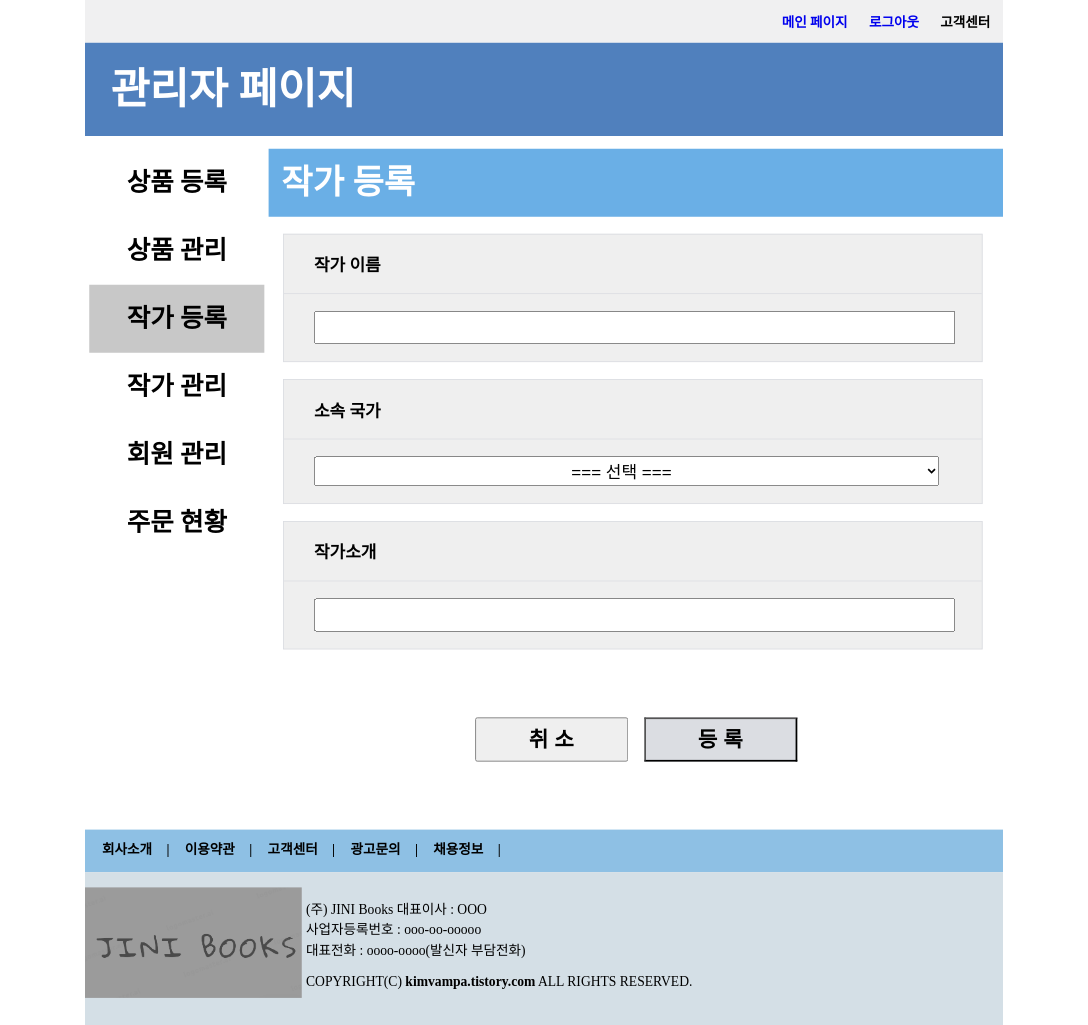
Repository: leechanjin7/ShoppingMall
Page: http://localhost/ShoppingMall/WEB-INF/views/admin/authorEnroll.jsp
These files come from the project's save history. The page is drawn as it stood at one moment and after the next save; the edit follows.
The browser window is 1280 px wide. The pictures show the whole page, at 85% of full size.
The page is served by Tomcat 9. Nobody is signed in. Other server files are loaded and not shown. The template is opened directly, without the code that normally fills it, so the values that code supplies are empty.

Above is the page before, as saved 2023-09-08 01:19:13.

### workspace/ShoppingMall/src/main/webapp/WEB-INF/views/admin/authorEnroll.jsp
<%@ page language="java" contentType="text/html; charset=UTF-8"
    pageEncoding="UTF-8"%>
<!DOCTYPE html>
<html>
<head>
<meta charset="UTF-8">
<title>Insert title here</title>
<link rel="stylesheet" href="../resources/css/admin/authorEnroll.css">

<script
  src="https://code.jquery.com/jquery-3.4.1.js"
  integrity="sha256-WpOohJOqMqqyKL9FccASB9O0KwACQJpFTUBLTYOVvVU="
  crossorigin="anonymous"></script>
</head>
</head>
<body>

				<%@include file="../includes/admin/header.jsp" %>

                <div class="admin_content_wrap">
                    <div class="admin_content_subject"><span>작가 등록</span>
                </div>
                    <div class="admin_content_main">
                    	<form action="/admin/authorEnroll.do" method="post" id="enrollForm">
                    		<div class="form_section">
                    			<div class="form_section_title">
                    				<label>작가 이름</label>
                    			</div>
                    			<div class="form_section_content">
                    				<input name="authorName">
                    				<span id="warn_authorName">작가 이름을 입력 해주세요.</span>
                    			</div>
                    		</div>
                    		<div class="form_section">
                    			<div class="form_section_title">
                    				<label>소속 국가</label>
                    			</div>
                    			<div class="form_section_content">
                    				<select name="nationId">
                    					<option value="none" selected>=== 선택 ===</option>
                    					<option value="01">국내</option>
                    					<option value="02">국외</option>
                    				</select>
                    				<span id="warn_nationId">소속 국가를 선택해주세요.</span>
                    			</div>
                    		</div>
                    		<div class="form_section">
                    			<div class="form_section_title">
                    				<label>작가소개</label>
                    			</div>
                    			<div class="form_section_content">
                    				<input name="authorIntro" type="text">
                    				<span id="warn_authorIntro">작가 소개를 입력 해주세요.</span>
                    			</div>
                    		</div>
                   		</form>
                   			<div class="btn_section">
                   				<button id="cancelBtn" class="btn">취 소</button>
	                    		<button id="enrollBtn" class="btn enroll_btn">등 록</button>
	                    	</div>
                    </div>
                </div>

                <%@include file="../includes/admin/footer.jsp" %>

<script>

	//등록 버튼
	$("#enrollBtn").click(function(){
		//검사 통과 유무 변수
		let nameCheck = false;			//작가이름
		let nationCheck = false;		//소속국가
		let introCheck = false;			//작가소개

		//입력값 변수
		let authorName = $('input[name=authorName]').val();
		let nationId = $('select[name=nationId]').val();
		let authorIntro = $('input[name=authorIntro]').val();

		//공란 경고 span 태그
		let wAuthorName = $('#warn_authorName');
		let wNationId = $('#warn_nationId');
		let wAuthorIntro = $('#warn_authorIntro');

	    /* 작가 이름 공란 체크 */
	    if(authorName ===''){
	        wAuthorName.css('display', 'block');
	        nameCheck = false;
	    } else{
	        wAuthorName.css('display', 'none');
	        nameCheck = true;
	    }

	    /* 소속 국가 공란 체크 */
	    if(nationId ==='none'){
	        wNationId.css('display', 'block');
	        nationCheck = false;
	    } else{
	        wNationId.css('display', 'none');
	        nationCheck = true;
	    }

	    /* 작가 소개 공란 체크 */
	    if(authorIntro ===''){
	        wAuthorIntro.css('display', 'block');
	        introCheck = false;
	    } else{
	        wAuthorIntro.css('display', 'none');
	        introCheck = true;
	    }

		//최종검사
		if(nameCheck && nationCheck && introCheck){
			$("#enrollForm").submit();
		}else{
			return;
		}


	});

	//취소 버튼
	$("#cancelBtn").click(function(){
		location.href = "/admin/authorManage"
	});




</script>

</body>
</html>

### workspace/ShoppingMall/src/main/webapp/WEB-INF/views/includes/admin/header.jsp
<%@ page language="java" contentType="text/html; charset=UTF-8"
    pageEncoding="UTF-8"%>


    <div class="wrapper">
        <div class="wrap">
            <!-- gnv_area -->
            <div class="top_gnb_area">
                <ul class="list">
                    <li><a href="/main">메인 페이지</a></li>
                    <li><a href="/member/logout.do">로그아웃</a></li>
                    <li>고객센터</li>
                </ul>
            </div>
            <!-- top_subject_area -->
            <div class="admin_top_wrap">
                <span>관리자 페이지</span>

            </div>
            <!-- contents-area -->
            <div class="admin_wrap">
                <!-- 네비영역 -->
                <div class="admin_navi_wrap">
                  <ul>
                      <li >
                          <a class="admin_list_01" href="/admin/goodsEnroll">상품 등록</a>
                      </li>
                      <li>
                          <a class="admin_list_02" href="/admin/goodsManage">상품 관리</a>
                      </li>
                      <li>
                          <a class="admin_list_03" href="/admin/authorEnroll">작가 등록</a>
                      </li>
                      <li>
                          <a class="admin_list_04" href="/admin/authorManage">작가 관리</a>
                      </li>
                      <li>
                          <a class="admin_list_05">회원 관리</a>
                      </li>
                      <li>
	                      <a class="admin_list_06" href="/admin/orderList">주문 현황</a>
	                  </li>
                  </ul>
                </div>

### workspace/ShoppingMall/src/main/webapp/WEB-INF/views/includes/admin/footer.jsp
<%@ page language="java" contentType="text/html; charset=UTF-8"
    pageEncoding="UTF-8"%>

     <div class="clearfix"></div>
            </div>


        <!-- Footer 영역 -->
        <div class="footer_nav">
            <div class="footer_nav_container">
                <ul>
                    <li>회사소개</li>
                    <span class="line">|</span>
                    <li>이용약관</li>
                    <span class="line">|</span>
                    <li>고객센터</li>
                    <span class="line">|</span>
                    <li>광고문의</li>
                    <span class="line">|</span>
                    <li>채용정보</li>
                    <span class="line">|</span>
                </ul>
            </div>
        </div> <!-- class="footer_nav" -->

        <div class="footer">
            <div class="footer_container">

                <div class="footer_left">
                    <img src="resources/img/Logo.png">
                </div>
                <div class="footer_right">
                    (주) JINI Books    대표이사 : OOO
                    <br>
                    사업자등록번호 : ooo-oo-ooooo
                    <br>
                    대표전화 : oooo-oooo(발신자 부담전화)
                    <br>
                    <br>
                    COPYRIGHT(C) <strong>kimvampa.tistory.com</strong>    ALL RIGHTS RESERVED.
                </div>
                <div class="clearfix"></div>
            </div>
        </div> <!-- class="footer" -->

        </div>
    </div>

### workspace/ShoppingMall/src/main/webapp/resources/css/admin/authorEnroll.css
@charset "UTF-8";
*{
    margin: 0;
    padding:0;
}
a{
    text-decoration: none;
}
ul{
    list-style: none;
}
/* 화면 전체 렙 */
.wrapper{
    width: 100%;
}
/* content 랩 */
.wrap{
    width : 1080px;
    margin: auto;
}
/* 홈페이지 기능 네비 */
.top_gnb_area{
    width: 100%;
    height: 50px;
    background-color: #f0f0f1;
    position:relative;
}
.top_gnb_area .list{
    position: absolute;
    top: 0px;
    right: 0;

}
.top_gnb_area .list li{
    list-style: none;
    float : left;
    padding: 13px 15px 0 10px;
    font-weight: 900;
    cursor: pointer;
}

/* 관리제 페이지 상단 현페이지 정보 */
.admin_top_wrap{
    height:110px;
    line-height: 110px;
    background-color: #5080bd;
    margin-bottom:15px;
}
.admin_top_wrap>span{
    margin-left: 30px;
    display:inline-block;
    color: white;
    font-size: 50px;
    font-weight: bolder;
}
/* 관리자 wrap(네비+컨텐츠) */
.admin_wrap{


}

/* 관리자페이지 네비 영역 */
.admin_navi_wrap{
    width: 20%;
    height: 300px;
    float:left;
    height: 100%;
}
.admin_navi_wrap li{
    display: block;
    height: 80px;
    line-height: 80px;
    text-align: center;
}
.admin_navi_wrap li a{
    display: block;
    height: 100%;
    width: 95%;
    margin: 0 auto;
    cursor: pointer;
    font-size: 30px;
    font-weight: bolder;
}
.admin_navi_wrap li a:link {color: black;}
.admin_navi_wrap li a:visited {color: black;}
.admin_navi_wrap li a:active {color: black;}
.admin_navi_wrap li a:hover {color: black;}

.admin_list_03{
    background-color: #c8c8c8;
}


/* 관리자페이지 컨텐츠 영역 */
.admin_content_wrap{
    width: 80%;
    float:left;
    height: 100%;

}
.admin_content_subject{            /* 관리자 컨텐츠 제목 영역 */
    font-size: 40px;
    font-weight: bolder;
    padding-left: 15px;
    background-color: #6AAFE6;
    height: 80px;
    line-height: 80px;
    color: white;
}

/* 관리자 컨텐츠 메인 영역 */
.form_section{
    width: 95%;
    margin-left: 2%;
    margin-top: 20px;
    border: 1px solid #dbdde2;
    background-color: #efefef;
}
.form_section_title{
    padding: 20px 35px;
}
.form_section_title label{
    display: block;
    font-size: 20px;
    font-weight: 800;
}
.form_section_content{
    padding: 20px 35px;
    border-top: 1px solid #dbdde2;
}
.form_section_content input{
    width: 98%;
    height: 25px;
    font-size: 20px;
    padding: 5px 1%;
}
.form_section_content select{
    width: 98%;
    height: 35px;
    font-size: 20px;
    text-align-last: center;
}

/* 입력란 공란 경고 태그 */
.form_section_content span{
    display: none;
    padding-top: 10px;
    text-align: center;
    color: #e05757;
    font-weight: 300;
}



/* 버튼 영역 */
.btn_section{
    text-align: center;
    margin: 80px 0;
}
.btn{
    min-width: 180px;
    padding: 4px 30px;
    font-size: 25px;
    font-weight: 600;
    line-height: 40px;
}
.enroll_btn{
    background-color: #dbdde2;
    margin-left:15px;
}


/* footer navai 영역 */
.footer_nav{
    width:100%;
    height:50px;
}
.footer_nav_container{
    width: 100%;
    height: 100%;
    background-color:#8EC0E4;
}
.footer_nav_container>ul{
    font-weight : bold;
    float:left;
    list-style:none;
    position:relative;
    padding-top:10px;
    line-height: 27px;
    font-family: dotum;
    margin-left: 10px;
}
.footer_nav_container>ul>li{
    display:inline;
    width: 45px;
    height: 19px;
    padding: 10px 9px 0 10px;
}
.footer_nav_container>ul>span{
    margin: 0 4px;
}
/* footer 영역 */
.footer{
    width:100%;
    height:130px;
    background-color:#D4DFE6;
    padding-bottom : 50px;
}
.footer_container{
    width: 100%;
    height: 100%;
    margin: auto;
}
.footer_left>img {
    width: 150%;
    height: 130px;
    margin-left: -20px;
    margin-top: -12px;
}
.footer_left{
    float :left;
    width: 170px;
    margin-left: 20px;
    margin-top : 30px;

}
.footer_right{
    float :left;
    width: 680px;
    margin-left: 70px;
    margin-top : 30px;
}




/* float 속성 해제 */
.clearfix{
    clear: both;
}

After the next save:
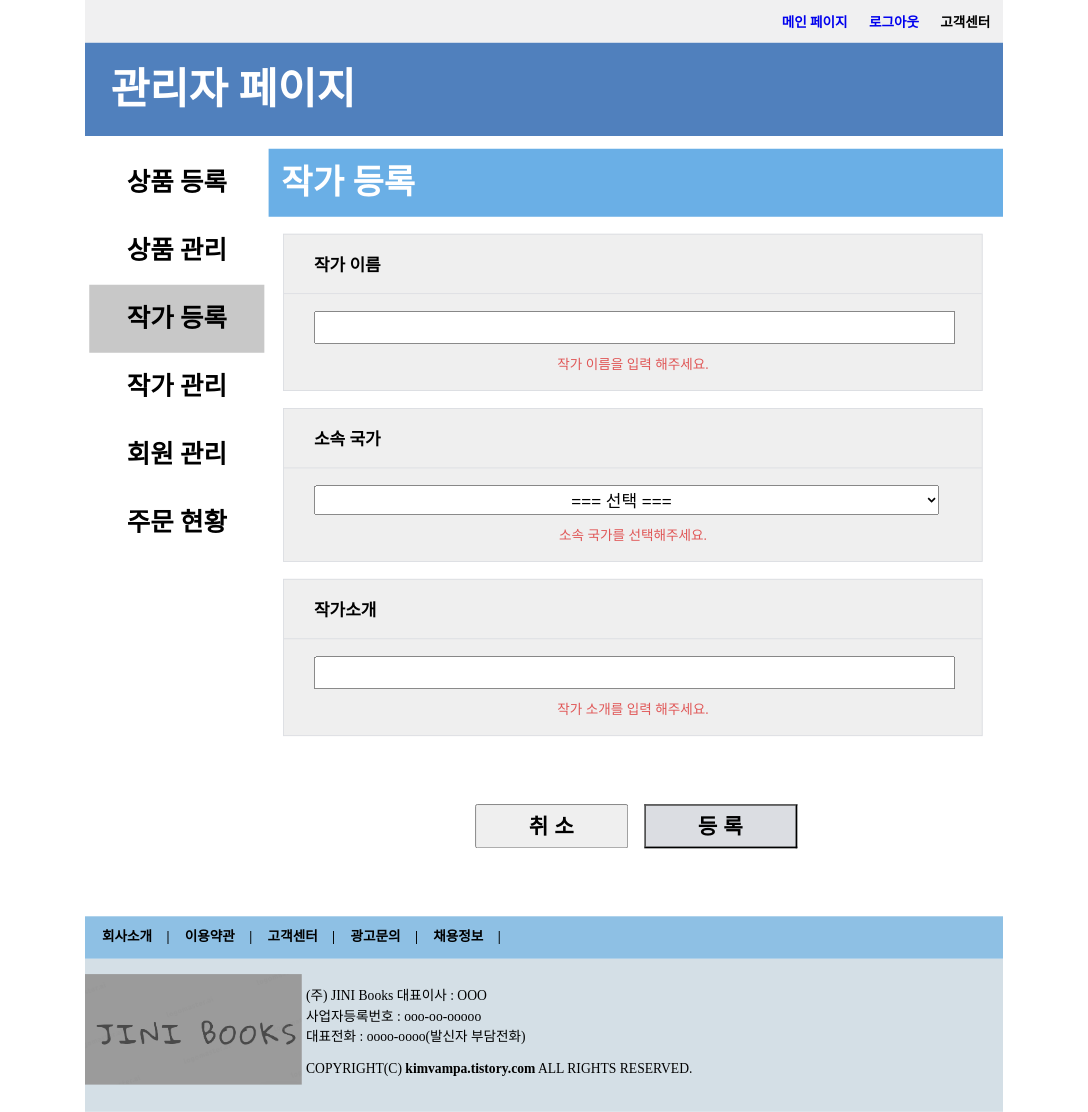
Saved 3 min 13 s later.
--- a/workspace/ShoppingMall/src/main/webapp/resources/css/admin/authorEnroll.css
+++ b/workspace/ShoppingMall/src/main/webapp/resources/css/admin/authorEnroll.css
@@ -143,7 +143,7 @@
 
 /* 입력란 공란 경고 태그 */
 .form_section_content span{
-    display: none;
+    display: block;
     padding-top: 10px;
     text-align: center;
     color: #e05757;

After the save that followed:
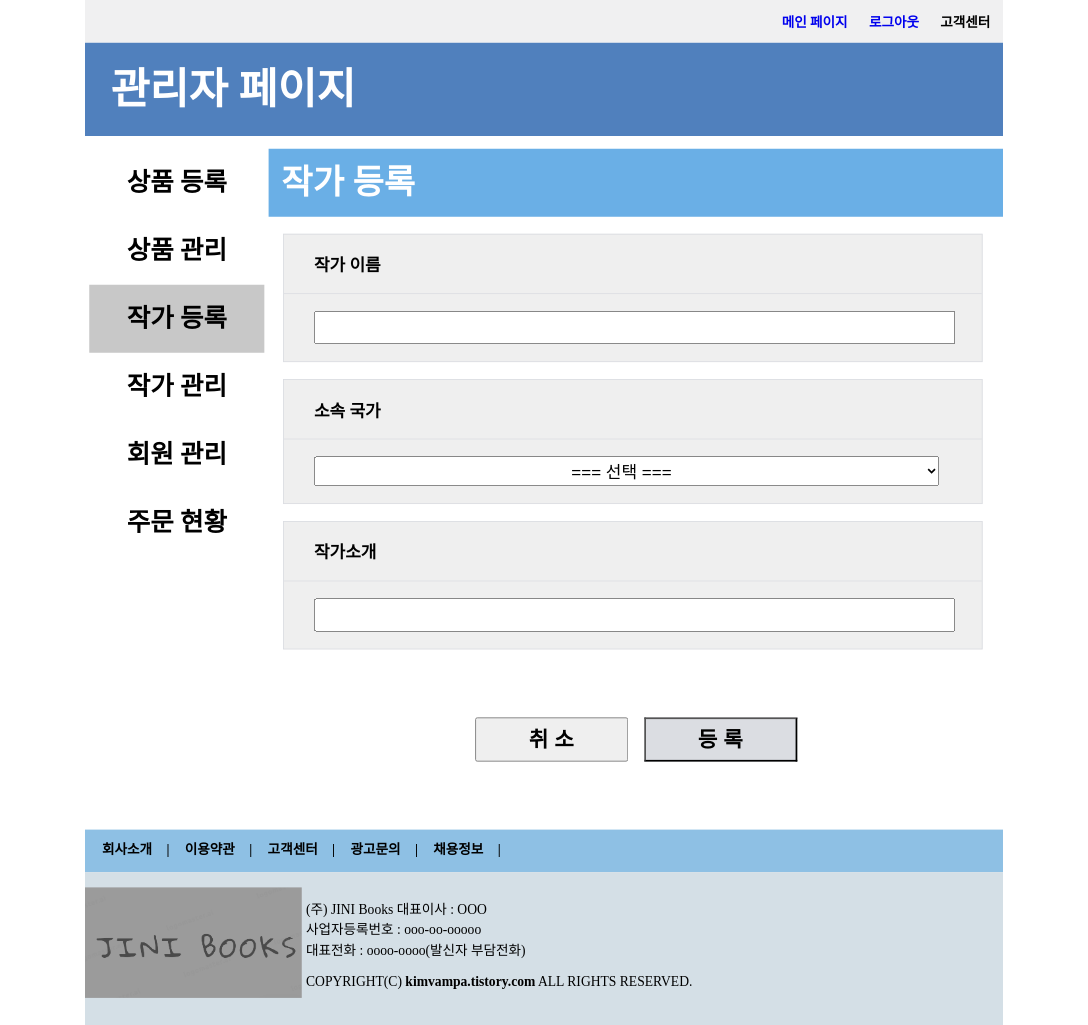
Saved 46 s later.
--- a/workspace/ShoppingMall/src/main/webapp/resources/css/admin/authorEnroll.css
+++ b/workspace/ShoppingMall/src/main/webapp/resources/css/admin/authorEnroll.css
@@ -143,7 +143,7 @@
 
 /* 입력란 공란 경고 태그 */
 .form_section_content span{
-    display: block;
+    display: none;
     padding-top: 10px;
     text-align: center;
     color: #e05757;
